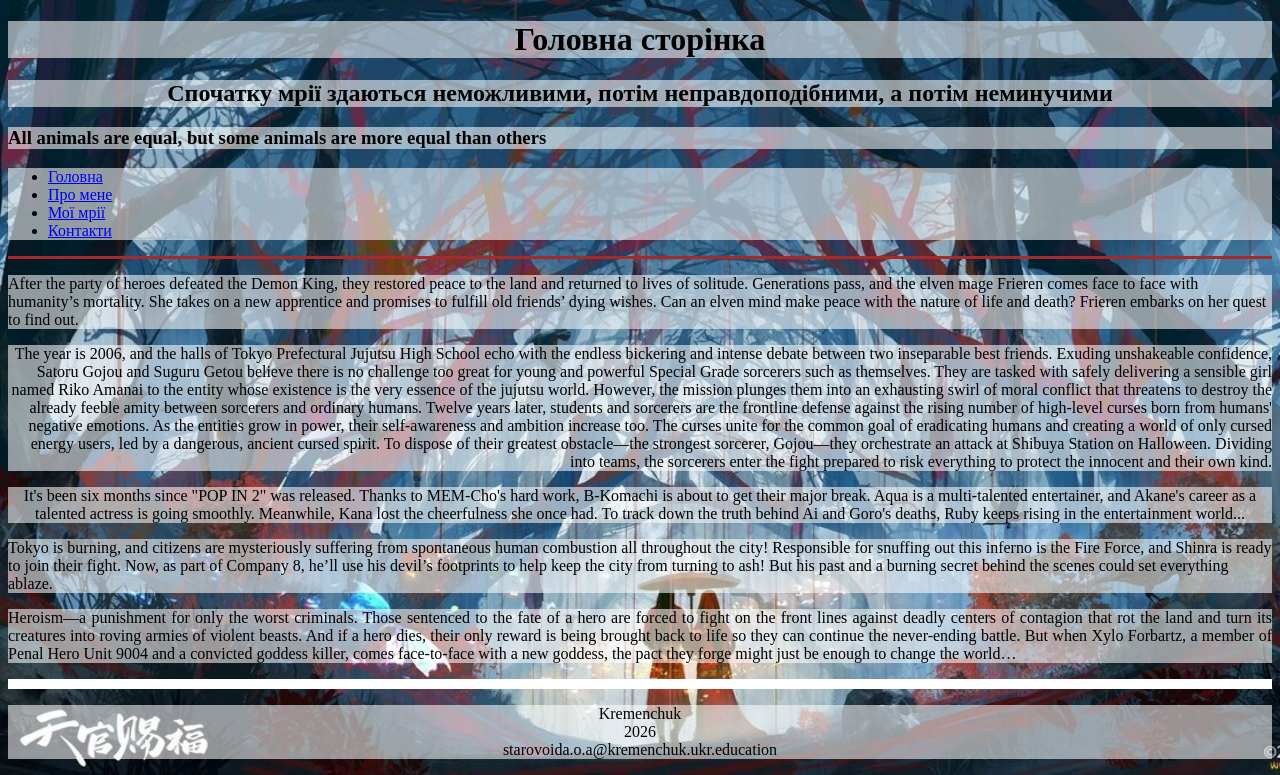
Repository: alexandrastarovoyda-star/homework_info
Page: pr2/html/pr1.html
The author's editor kept a copy of each file at every save. The page is drawn from the files as they stood at one save, then again after the next save.
The browser window is 1280 px wide. The pictures show the whole page.

Above is the page before, as saved 2026-01-21 15:18:27.

After the next save:
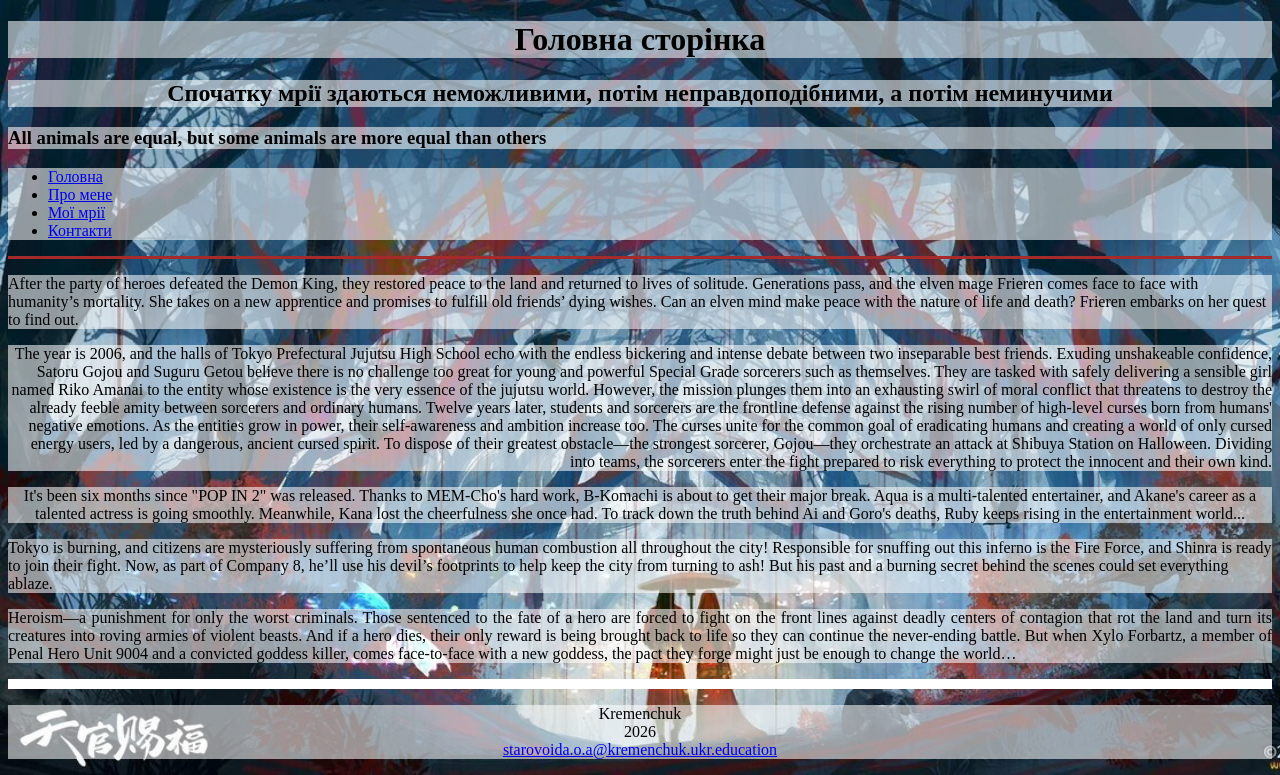
Saved 2 min 31 s later.
--- a/pr2/html/pr1.html
+++ b/pr2/html/pr1.html
@@ -29,7 +29,7 @@
         </main>
         <hr class="hr2">
         <footer>
-            <p class="cn">Kremenchuk <br> 2026 <br> starovoida.o.a@kremenchuk.ukr.education</p>
+            <p class="cn">Kremenchuk <br> 2026 <br> <a href="mailto:starovoida.o.a@kremenchuk.ukr.education">starovoida.o.a@kremenchuk.ukr.education</a></p>
         </footer>
     </body>
 </html>
